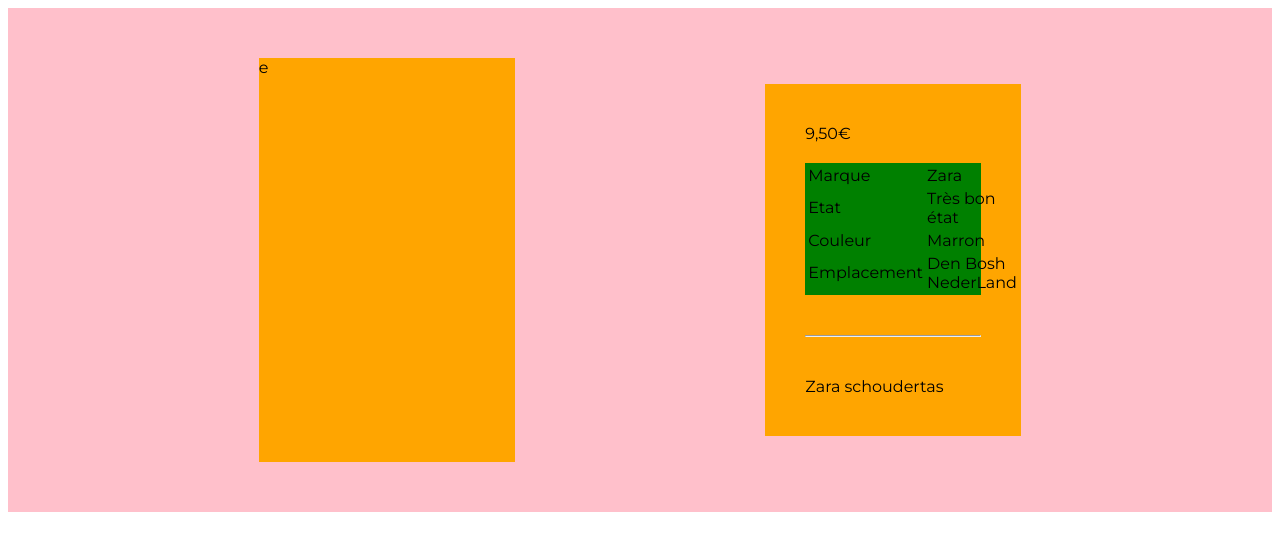
Repository: mel-in-a/vinted-front-clone
Page: html/offer.html
These files come from the project's save history. The page is drawn as it stood at one moment and after the next save; the edit follows.
The browser window is 1280 px wide. The pictures show the whole page.

Above is the page before, as saved 2021-07-29 16:38:29.

After the next save:
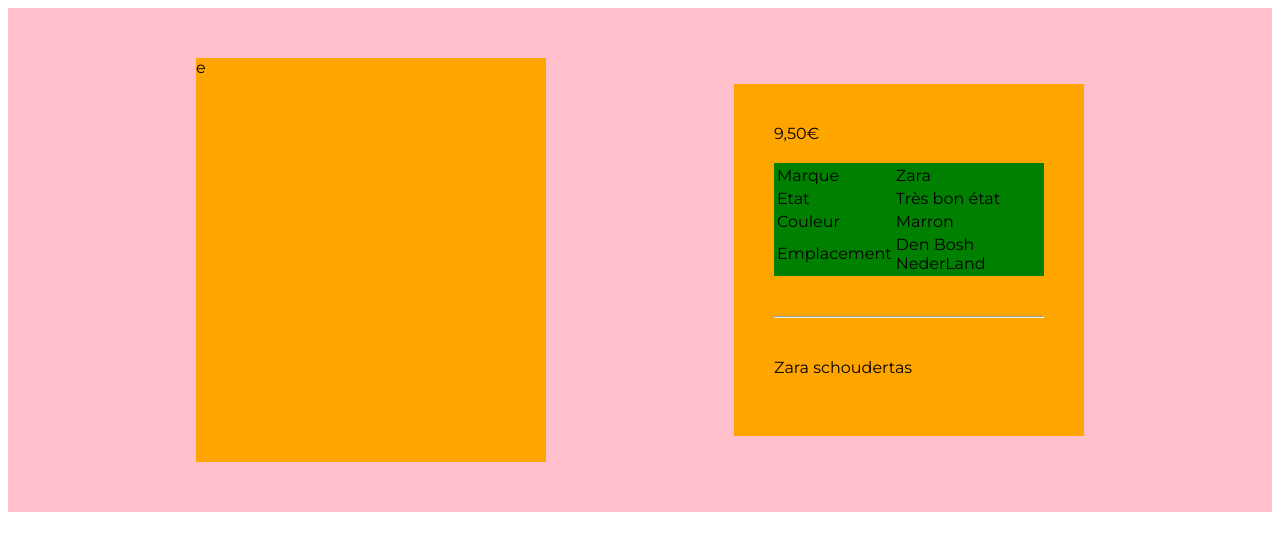
Saved 24 s later.
--- a/html/offer.css
+++ b/html/offer.css
@@ -13,7 +13,7 @@
 
 .offer .left,
 .offer .right {
-  width: 20vw;
+  width: 350px;
   background-color: orange;
 
 }
